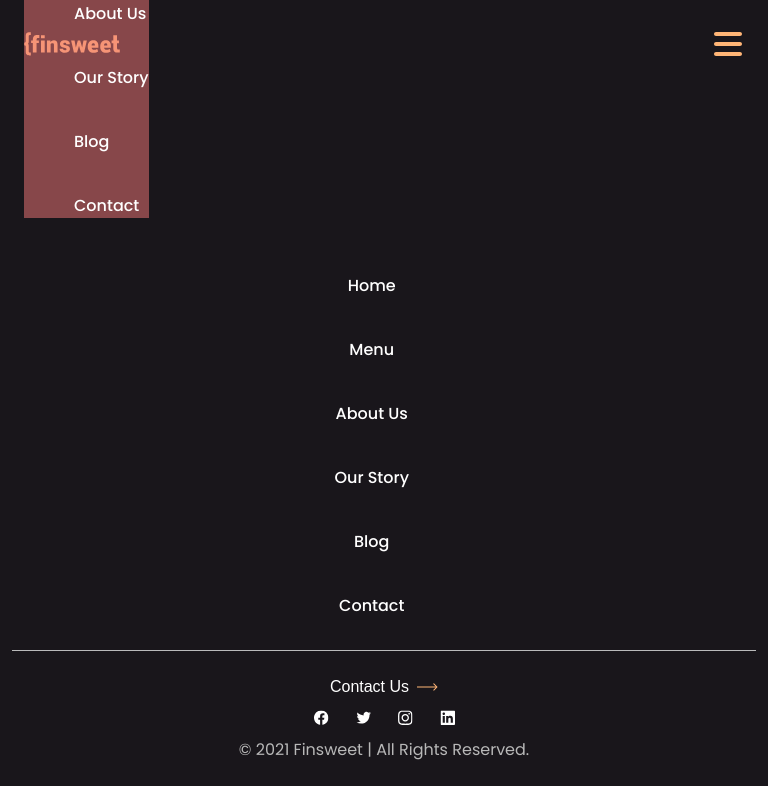
Repository: Minns-Cao/project-finsweet
Page: contact.html
An editor plug-in stored every save of this project. The page is shown before and after a run of saves, followed by the edit.
The browser window is 768 px wide. The pictures show the whole page.
Some web fonts or font styles are not loaded; a fallback is used.

Above is the page before, as saved 2023-04-28 15:29:16.

### contact.html
<!DOCTYPE html>
<html lang="en">
    <head>
        <meta charset="UTF-8" />
        <meta http-equiv="X-UA-Compatible" content="IE=edge" />
        <meta name="viewport" content="width=device-width, initial-scale=1.0" />
        <title>Finsweet</title>
        <!-- Reset CSS -->
        <link rel="stylesheet" href="./assets/css/reset.css" />
        <!-- Style -->
        <link rel="stylesheet" href="./assets/css/style.css" />
        <!-- Fonts -->
        <link rel="preconnect" href="https://fonts.googleapis.com" />
        <link rel="preconnect" href="https://fonts.gstatic.com" crossorigin />
        <link
            href="https://fonts.googleapis.com/css2?family=Playfair+Display:ital,wght@0,400;0,500;0,600;0,700;0,800;0,900;1,400;1,500;1,600;1,700;1,800;1,900&family=Poppins:ital,wght@0,300;0,400;0,500;0,600;1,300;1,400;1,500;1,600&display=swap"
            rel="stylesheet"
        />
    </head>
    <body>
        <!-- ========================================Contact Page================================================ -->
        <!-- Header -->
        <header class="fixed header">
            <div class="main-content">
                <div class="body">
                    <!-- Logo -->
                    <a href="./index.html"
                        ><img
                            src="./assets/img/Logo.svg"
                            alt="logo"
                            class="logo"
                    /></a>
                    <!-- Navigation -->
                    <div class="nav">
                        <ul>
                            <li>
                                <a href="./index.html">Home</a>
                            </li>
                            <li>
                                <a href="./menu.html">Menu</a>
                            </li>
                            <li>
                                <a href="./aboutUs.html">About Us</a>
                            </li>
                            <li>
                                <a href="./ourStory.html">Our Story</a>
                            </li>
                            <li>
                                <a href="./blog.html">Blog</a>
                            </li>
                            <li>
                                <a href="./contact.html">Contact</a>
                            </li>
                        </ul>
                    </div>
                    <!-- Action -->
                    <button class="action">
                        <span class="label">Clone Project</span>
                        <img
                            src="./assets/img/arrow-to-right.svg"
                            alt="arrow-to-right"
                            class="arrow-to-right"
                        />
                    </button>

                    <!-- Navigation Mobile -->
                    <div class="nav-mb-btn">
                        <svg
                            xmlns="http://www.w3.org/2000/svg"
                            viewBox="0 0 448 512"
                            width="32"
                            height="32"
                        >
                            <path
                                d="M0 96C0 78.3 14.3 64 32 64H416c17.7 0 32 14.3 32 32s-14.3 32-32 32H32C14.3 128 0 113.7 0 96zM0 256c0-17.7 14.3-32 32-32H416c17.7 0 32 14.3 32 32s-14.3 32-32 32H32c-17.7 0-32-14.3-32-32zM448 416c0 17.7-14.3 32-32 32H32c-17.7 0-32-14.3-32-32s14.3-32 32-32H416c17.7 0 32 14.3 32 32z "
                                fill="#FFB577"
                            />
                        </svg>
                    </div>

                    <div class="overlay"></div>

                    <div class="nav-mb">
                        <ul>
                            <li>
                                <a href="./index.html">Home</a>
                            </li>
                            <li>
                                <a href="./menu.html">Menu</a>
                            </li>
                            <li>
                                <a href="./aboutUs.html">About Us</a>
                            </li>
                            <li>
                                <a href="./ourStory.html">Our Story</a>
                            </li>
                            <li>
                                <a href="./blog.html">Blog</a>
                            </li>
                            <li>
                                <a href="./contact.html">Contact</a>
                            </li>
                        </ul>
                    </div>
                </div>
            </div>
        </header>
        <!-- Footer -->
        <footer class="footer">
            <div class="main-content">
                <div class="body">
                    <!-- Logo -->
                    <a href="#"
                        ><img
                            src="./assets/img/Logo.svg"
                            alt="logo"
                            class="logo"
                    /></a>
                    <!-- Navigation -->
                    <div class="nav">
                        <ul>
                            <li>
                                <a href="./index.html">Home</a>
                            </li>
                            <li>
                                <a href="#">Menu</a>
                            </li>
                            <li>
                                <a href="./aboutUs.html">About Us</a>
                            </li>
                            <li>
                                <a href="./ourStory.html">Our Story</a>
                            </li>
                            <li>
                                <a href="./blog.html">Blog</a>
                            </li>
                            <li>
                                <a href="./contact.html">Contact</a>
                            </li>
                        </ul>
                    </div>
                    <!-- Contact-Footer -->
                    <div class="contact-footer">
                        <!-- Copyright -->
                        <div class="container">
                            <p class="copyright">
                                © 2021 Finsweet | All rights reserved.
                            </p>
                        </div>
                        <!-- Socials -->
                        <div class="socials-list">
                            <div class="social">
                                <img
                                    src="./assets/img/icon/icon_facebook.svg"
                                    alt="icon_facebook"
                                />
                            </div>
                            <div class="social">
                                <img
                                    src="./assets/img/icon/icon_twitter.svg"
                                    alt="icon_twitter"
                                />
                            </div>
                            <div class="social">
                                <img
                                    src="./assets/img/icon/icon_instagram.svg"
                                    alt="icon_instagram"
                                />
                            </div>
                            <div class="social">
                                <img
                                    src="./assets/img/icon/icon_linkin.svg"
                                    alt="icon_linkin"
                                />
                            </div>
                        </div>
                        <!-- action -->
                        <button
                            class="action"
                            onclick="window.location.href='./contact.html'"
                        >
                            <span class="label-med">Contact Us</span>
                            <svg
                                width="21"
                                height="8"
                                viewBox="0 0 21 8"
                                fill="none"
                                xmlns="http://www.w3.org/2000/svg"
                            >
                                <path
                                    d="M20.3536 4.35355C20.5488 4.15829 20.5488 3.84171 20.3536 3.64645L17.1716 0.464466C16.9763 0.269204 16.6597 0.269204 16.4645 0.464466C16.2692 0.659728 16.2692 0.976311 16.4645 1.17157L19.2929 4L16.4645 6.82843C16.2692 7.02369 16.2692 7.34027 16.4645 7.53553C16.6597 7.7308 16.9763 7.7308 17.1716 7.53553L20.3536 4.35355ZM0 4.5L20 4.5V3.5L0 3.5L0 4.5Z"
                                    fill="#FFB577"
                                />
                            </svg>
                        </button>
                    </div>
                </div>
            </div>
        </footer>
    </body>
</html>

### assets/css/style.css
* {
    box-sizing: border-box;
}

:root {
    --primary-color: #ffb577;
    --background-color: #19161b;
    --font-heading: Playfair Display, "serif";
}

html,
body {
    scroll-behavior: smooth;
}

html {
    font-size: 62.5%;
}

body {
    font-size: 1.6rem;
    font-family: "Poppins", sans-serif;
}

/* ================common=================*/
.main-content {
    width: 1280px;
    max-width: calc(100% - 48px);
    margin-left: auto;
    margin-right: auto;
}

a {
    text-decoration: none;
}

.btn {
    border: none;
    background: #ffb577;
    padding: 12px 24px;
}

.label-med {
    margin-right: 8px;
    font-weight: 500;
    font-size: 1.6rem;
    line-height: 1.5;
    color: #2e2d33;
}

.label-extransmall {
    font-weight: 500;
    font-size: 1.2rem;
    line-height: 1.33;
    color: #FFFFFF;
}

.heading {
    font-family: var(--font-heading);
    font-style: normal;
    color: #ffffff;
}

.lv1 {
    font-weight: 700;
    font-size: 5.6rem;
    line-height: 1.21;
}

.lv2 {
    font-weight: 700;
    font-size: 4.8rem;
    line-height: 1.21;
}

.lv3 {
    font-weight: 700;
    font-size: 3.3rem;
    line-height: 1.5;
}

.lv4 {
    font-weight: 700;
    font-size: 2rem;
    line-height: 1.5;
}

.lv5 {
    font-weight: 700;
    font-size: 1.4rem;
    line-height: 1.5;
}

.desc {
    font-weight: 400;
    font-size: 1.6rem;
    line-height: 1.75;
    color: #b8b8b8;
}

.caption {
    position: relative;
    display: inline-block;
    font-family: var(--font-heading);
    font-weight: 400;
    font-size: 1.6rem;
    line-height: 1.5;
    color: #ffb577;
}

.caption::after {
    position: absolute;
    content: "";
    display: block;
    width: 48px;
    border: 0.5px solid #ffffff;
    top: 50%;
    right: calc(-48px - 16px);
}

/* ================Header=================*/
.fixed {
    position: sticky;
    top: -20px;
    z-index: 1;
}

.header {
    background-color: var(--background-color);
}

.header .body {
    display: flex;
    align-items: center;
    padding: 28px 0px 8px;
}

.nav ul {
    display: flex;
    gap: 40px;
    margin-left: 50px;
}

.nav li a {
    font-weight: 500;
    font-size: 1.6rem;
    line-height: 1.5;
    color: #ffffff;
}

.header .action {
    display: flex;
    justify-content: center;
    align-items: center;
    margin-left: auto;
    border: none;
    background-color: var(--background-color);
}

.header .action .label {
    margin-right: 12px;
    color: #ffc492;
}

.header .nav-mb-btn {
    display: none;
}

/* ================Footer=================*/

.footer {
    background-color: var(--background-color);
    padding-top: 160px;
    padding-bottom: 24px;
}

.footer .logo {
    display: block;
    margin-left: auto;
    margin-right: auto;
    transform: translateX(+10%);
}

.footer .nav{
    position: relative;
    display: flex;
    justify-content: center;
    align-items: center;

    margin-top: 43px;
}

.footer .nav::after {
    position: absolute;
    content: "";
    display: block;
    width: 97vw;
    height: 0.5px;
    background-color: #FFF;
    bottom: -32px;
    opacity: 0.7;
}

.contact-footer {
    display: flex;
    justify-content: space-between;
    align-items: center;
    margin-top: 56px;
}


.contact-footer .copyright {
    font-weight: 400;
    font-size: 1.6rem;
    line-height: 1.5;
    text-transform: capitalize;
    color: #B8B8B8;
}

.contact-footer .socials-list {
    display: flex;
    gap: 27px;
    transform: translateX(-50%);
}

.contact-footer .action {
    display: flex;
    justify-content: center;
    align-items: center;
    border: none;
    background-color: var(--background-color);
}

.contact-footer .action .label-med {
    color: #FFFFFF;
}


/* ==================Responsive==================== */

@media (max-width: 768px) {
    /* Header */
    .header .nav,
    .header .action {
        display: none;
    }

    .header .nav-mb-btn {
        display: block;
        margin-left: auto;
    }

    .nav-mb {
        position: fixed;
        background-color: #ed777784;
        top
    }

    .nav-mb ul {
        display: flex;
        flex-direction: column;
        gap: 40px;
        margin-left: 50px;
    }

    .nav-mb li a {
        font-weight: 500;
        font-size: 1.6rem;
        line-height: 1.5;
        color: #ffffff;
    }

    /* Footer */
    .footer .logo {
        display: none;
    }

    .footer .nav ul {
        flex-direction: column;
        justify-content: center;
        align-items: center;
        transform: translateX(-50%);
    }

    .contact-footer {
        flex-direction: column-reverse;
        justify-content: center;
        align-items: center;
        gap: 10px;
    }

    .contact-footer .socials-list {
        justify-content: center;
        align-items: center;
        transform: translateX(0);
    }
}

Loaded but not shown: assets/css/reset.css (common file)

After the next 2 saves:
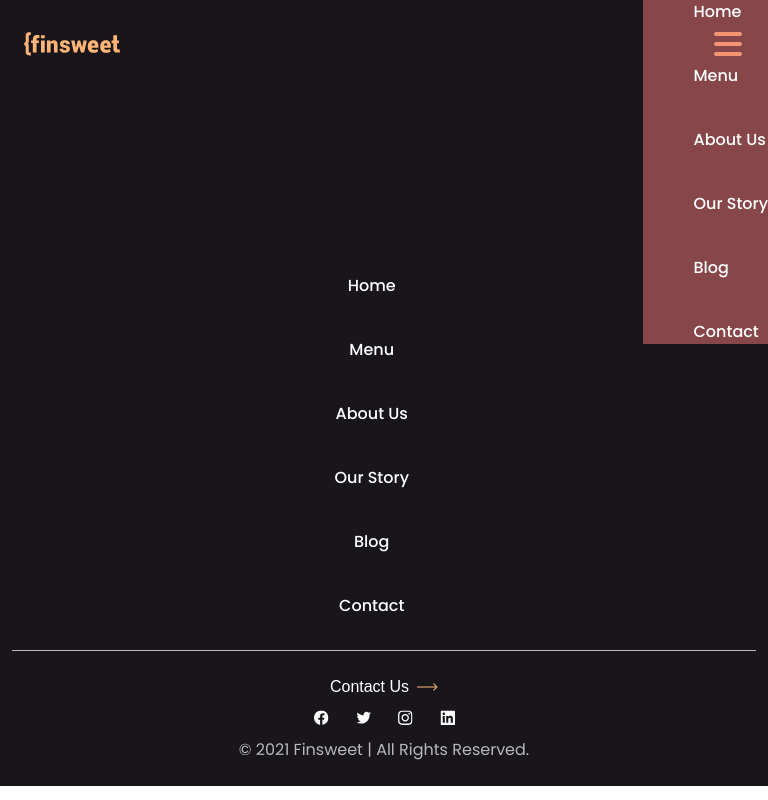
The 2 saves are shown as one change because they came seconds apart.
The last was saved 7 s later.
--- a/assets/css/style.css
+++ b/assets/css/style.css
@@ -253,7 +253,8 @@ a {
     .nav-mb {
         position: fixed;
         background-color: #ed777784;
-        top
+        top: 0;
+        right: 0;
     }
 
     .nav-mb ul {
